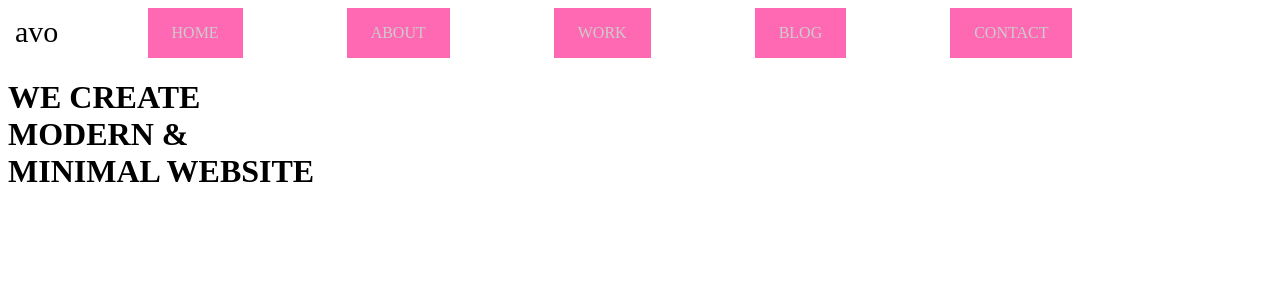
Repository: Tobby004/AVO-Template
Page: avo.html
These files come from the project's save history. The page is drawn as it stood at one moment and after the next save; the edit follows.
The browser window is 1280 px wide. The pictures show the whole page.

Above is the page before, as saved 2023-03-29 06:13:25.

### avo.html
<!DOCTYPE html>
<html lang="en">
<head>
    <meta charset="UTF-8">
    <meta http-equiv="X-UA-Compatible" content="IE=edge">
    <meta name="viewport" content="width=device-width, initial-scale=1.0">
    <title>AVO-Template</title>
    <link rel="stylesheet" href="avo.css">
</head>
<body>
    <div class="logo">avo</div>
    <nav>
        <ul>
            <li><a href="#">HOME</a></li>
            <li><a href="#">ABOUT</a></li>
            <li><a href="#">WORK</a></li>
            <li><a href="#">BLOG</a></li>
            <li><a href="#">CONTACT</a></li>
        </ul>
    </nav>
    <main>
        <h1>WE CREATE <br>MODERN & <br> MINIMAL WEBSITE</h1>
    </main>
</body>
</html>

### avo.css
* {
    box-sizing: border-box;
}
.logo {
  font-size: 30px;
  position: absolute;
  padding: 7px;
}
nav ul {
    margin: auto;
    text-align:center;
}
nav li {
    display: inline-flex;
}
nav a {
    margin-right: 100px;
text-decoration: none;
padding: 1rem 1.5rem;
background: hotpink;
color: #ccc;
}

After the next save:
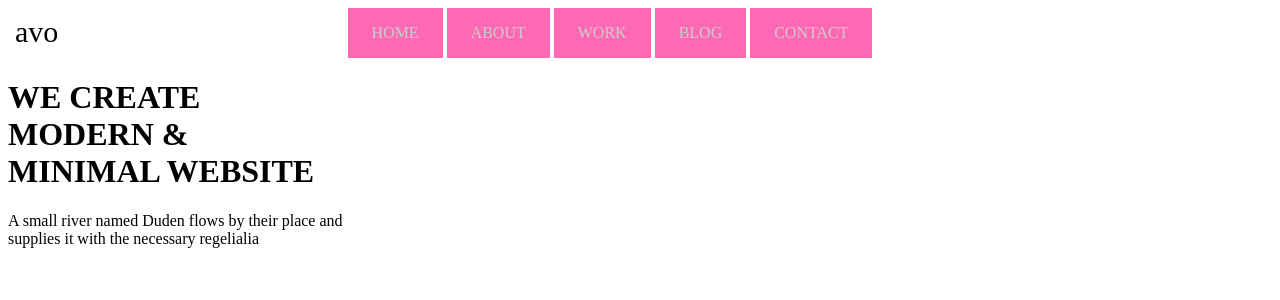
Saved 2 min 45 s later.
--- a/avo.html
+++ b/avo.html
@@ -20,6 +20,7 @@
     </nav>
     <main>
         <h1>WE CREATE <br>MODERN & <br> MINIMAL WEBSITE</h1>
+        <p>A small river named Duden flows by their place and <br>supplies it with the necessary regelialia </p>
     </main>
 </body>
 </html>
--- a/avo.css
+++ b/avo.css
@@ -9,12 +9,12 @@
 nav ul {
     margin: auto;
     text-align:center;
+    margin-right: 100px;
 }
 nav li {
     display: inline-flex;
 }
 nav a {
-    margin-right: 100px;
 text-decoration: none;
 padding: 1rem 1.5rem;
 background: hotpink;
